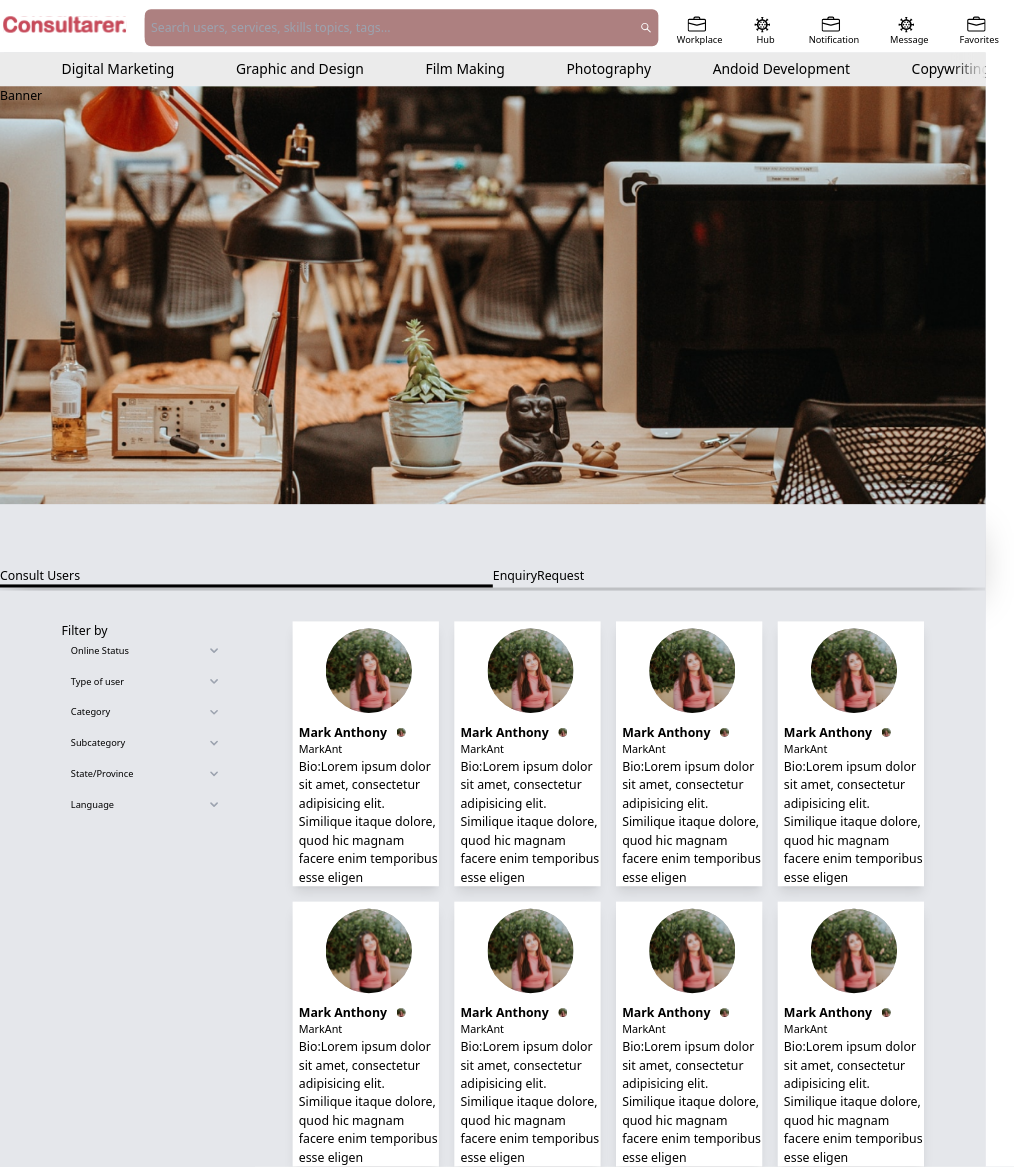
Repository: hisreal123/Consultarer
Page: /
An editor plug-in stored every save of this project. The page is shown before and after a run of saves, followed by the edit.
The browser window is 1280 px wide. The page is 1317 px wide, so the pictures cover 1317 px, including what lies to the right of the window. The pictures show the whole page, at 77% of full size.
The project was rebuilt for these pictures with package versions that can differ from the ones it lists, and the page was loaded fresh each time. The framework's server and built-in components were replaced by stand-ins that run in the browser. Also part of the build but not shown: next.config.js, webpack.config.js, components/Filter/Sortby.js.

Above is the page before, as saved 2022-04-26 00:26:08.

After the next 2 saves:
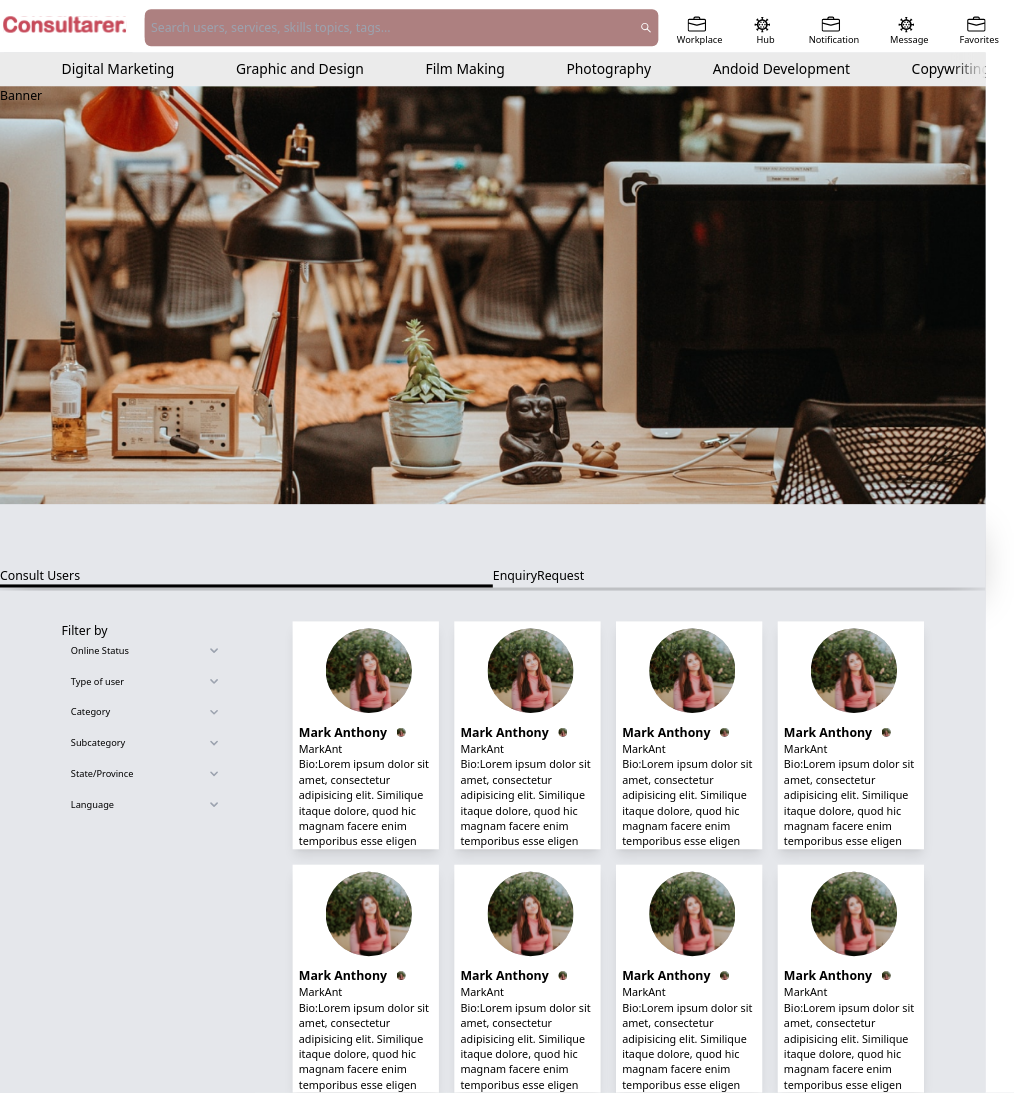
The 2 saves are shown as one change because they came seconds apart.
The last was saved 11 s later.
--- a/components/CardContent/UserCard.js
+++ b/components/CardContent/UserCard.js
@@ -135,7 +135,7 @@ export const UserCard = ({ userStyle }) => {
                 </h2>
                 <h3 className=" font-medium text-sm"> {user.username} </h3>
 
-                <p>
+                <p className="text-sm">
                   Bio:
                   <span>
                     Lorem ipsum dolor sit amet, consectetur adipisicing elit.
